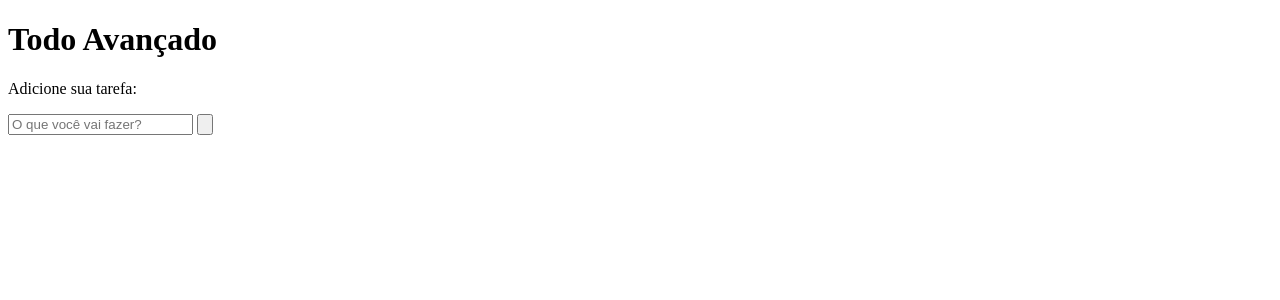
Repository: Guillermomarcon/ProjetoToDo
Page: index.html
These files come from the project's save history. The page is drawn as it stood at one moment and after a run of saves; the edit follows.
The browser window is 1280 px wide. The pictures show the whole page.
Some web libraries are served in a nearby version.

Above is the page before, as saved 2022-08-27 16:37:45.

After the next 3 saves:
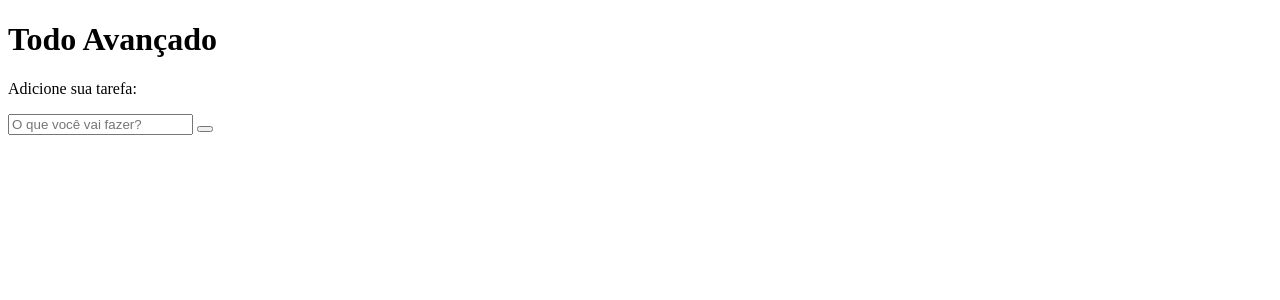
The 3 saves are shown as one change because they came seconds apart.
The last was saved 38 s later.
--- a/index.html
+++ b/index.html
@@ -23,7 +23,7 @@
             <p>Adicione sua tarefa:</p>
             <div class="form-control">
                 <input type="text" name="input-text" id="todo-input" placeholder="O que você vai fazer?">
-                <input type="submit" value="">
+                <button></button>
 
             </div>
         </form>
